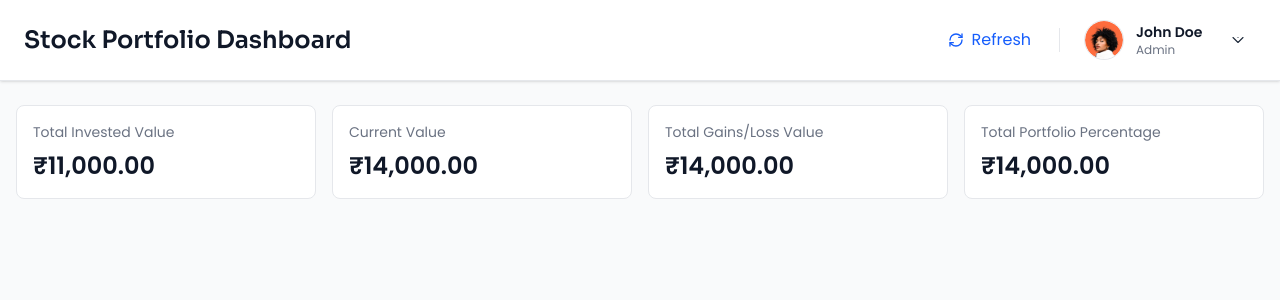
Repository: jabir12-12/inten-project
Page: /
An editor plug-in stored every save of this project. The page is shown before and after the next save, followed by the edit.
The browser window is 1280 px wide. The pictures show the whole page.
The project was rebuilt for these pictures with package versions that can differ from the ones it lists, and the page was loaded fresh each time. The framework's server and built-in components were replaced by stand-ins that run in the browser. Also part of the build but not shown: next.config.ts.

Above is the page before, as saved 2025-05-17 14:38:47.

After the next save:
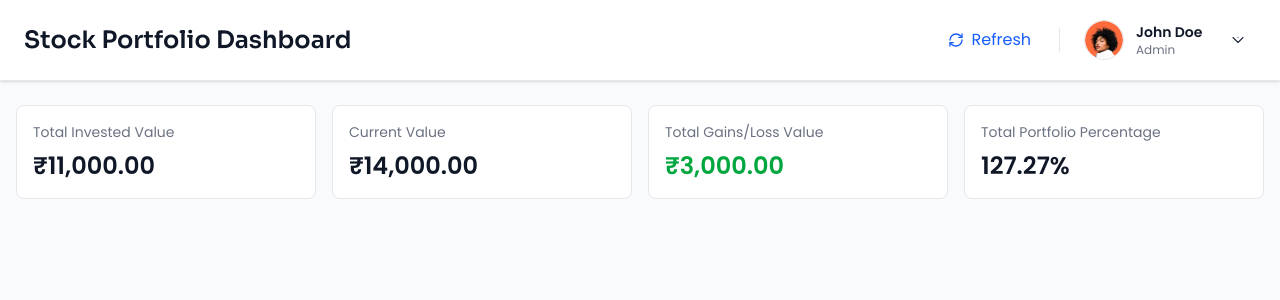
Saved 3 min 29 s later.
--- a/src/pages/index.tsx
+++ b/src/pages/index.tsx
@@ -4,6 +4,15 @@ import Image from 'next/image';
 import { RefreshCw, } from "lucide-react";
 export default function Home() {
   const [loading, setLoading] = useState(false)
+  const investedValue = 11000;
+  const currentValue = 14000;
+
+  const gainLoss = currentValue - investedValue;
+  const isGain = gainLoss >= 0;
+
+  const gainLossText = `₹${gainLoss.toLocaleString("en-IN", {
+    minimumFractionDigits: 2,
+  })}`;
 
   return (
     <div className="bg-gray-50 min-h-screen flex flex-col">
@@ -53,61 +62,46 @@ export default function Home() {
       {/* Main  Body */}
       <div className="flex-1 px-4 py-6">
         <div className="flex flex-wrap gap-4 justify-between">
-          <button
-            className="flex flex-1 min-w-[240px] p-4 flex-col gap-2
-                       border border-gray-200 rounded-lg bg-white
-                       transition-all duration-300 ease-in-out
-                            hover:shadow-[0_4px_20px_rgba(255,182,193,0.5)]
-                       hover:border-[#D6BBFB]
-                       hover:scale-[1.03] active:scale-[0.98]"
-          >
+          {/* Total Invested Value */}
+          <button className="flex flex-1 min-w-[240px] p-4 flex-col gap-2 border border-gray-200 rounded-lg bg-white transition-all duration-300 ease-in-out hover:shadow-[0_4px_20px_rgba(255,182,193,0.5)] hover:border-[#D6BBFB] hover:scale-[1.03] active:scale-[0.98]">
             <span className="text-gray-500 text-sm">Total Invested Value</span>
             <span className="text-gray-900 text-2xl font-semibold">
-              ₹11,000.00
+              ₹{investedValue.toLocaleString("en-IN", {
+                minimumFractionDigits: 2,
+              })}
             </span>
           </button>
-          <button
-            className="flex flex-1 min-w-[240px] p-4 flex-col gap-2
-                       border border-gray-200 rounded-lg bg-white
-                       transition-all duration-300 ease-in-out
-                            hover:shadow-[0_4px_20px_rgba(255,182,193,0.5)]
-                       hover:border-[#D6BBFB]
-                       hover:scale-[1.03] active:scale-[0.98]"
-          >
+
+          {/* Current Value */}
+          <button className="flex flex-1 min-w-[240px] p-4 flex-col gap-2 border border-gray-200 rounded-lg bg-white transition-all duration-300 ease-in-out hover:shadow-[0_4px_20px_rgba(255,182,193,0.5)] hover:border-[#D6BBFB] hover:scale-[1.03] active:scale-[0.98]">
             <span className="text-gray-500 text-sm">Current Value</span>
             <span className="text-gray-900 text-2xl font-semibold">
-              ₹14,000.00
+              ₹{currentValue.toLocaleString("en-IN", {
+                minimumFractionDigits: 2,
+              })}
             </span>
           </button>
-          <button
-            className="flex flex-1 min-w-[240px] p-4 flex-col gap-2
-                       border border-gray-200 rounded-lg bg-white
-                       transition-all duration-300 ease-in-out
-                            hover:shadow-[0_4px_20px_rgba(255,182,193,0.5)]
-                       hover:border-[#D6BBFB]
-                       hover:scale-[1.03] active:scale-[0.98]"
-          >
+
+          {/* Total Gain/Loss */}
+          <button className="flex flex-1 min-w-[240px] p-4 flex-col gap-2 border border-gray-200 rounded-lg bg-white transition-all duration-300 ease-in-out hover:shadow-[0_4px_20px_rgba(255,182,193,0.5)] hover:border-[#D6BBFB] hover:scale-[1.03] active:scale-[0.98]">
             <span className="text-gray-500 text-sm">Total Gains/Loss Value</span>
-            <span className="text-gray-900 text-2xl font-semibold">
-              ₹14,000.00
+            <span
+              className={`text-2xl font-semibold ${isGain ? "text-green-600" : "text-red-500"
+                }`}
+            >
+              {gainLossText}
             </span>
           </button>
-          <button
-            className="flex flex-1 min-w-[240px] p-4 flex-col gap-2
-                       border border-gray-200 rounded-lg bg-white
-                       transition-all duration-300 ease-in-out
-                            hover:shadow-[0_4px_20px_rgba(255,182,193,0.5)]
-                       hover:border-[#D6BBFB]
-                       hover:scale-[1.03] active:scale-[0.98]"
-          >
+
+          {/* Portfolio Percentage (optional placeholder) */}
+          <button className="flex flex-1 min-w-[240px] p-4 flex-col gap-2 border border-gray-200 rounded-lg bg-white transition-all duration-300 ease-in-out hover:shadow-[0_4px_20px_rgba(255,182,193,0.5)] hover:border-[#D6BBFB] hover:scale-[1.03] active:scale-[0.98]">
             <span className="text-gray-500 text-sm">Total Portfolio Percentage</span>
             <span className="text-gray-900 text-2xl font-semibold">
-              ₹14,000.00
+              {((currentValue / investedValue) * 100).toFixed(2)}%
             </span>
           </button>
         </div>
       </div>
-
     </div>
 
 
